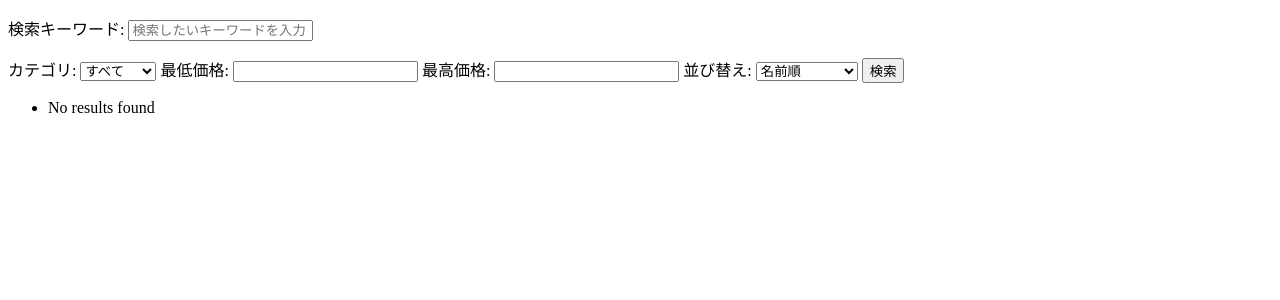
Repository: mamesuke7274/2024_kouki_kuwayamasyoutarou
Page: http://localhost/
The author's editor kept a copy of each file at every save. The page is drawn from the files as they stood at one save, then again after the next save.
The browser window is 1280 px wide. The pictures show the whole page.
The page is served by the project's application, run on Django 4.2 (manage.py). Queries for data that is not in the repository find no rows.

Above is the page before, as saved 2024-10-19 09:41:29.

After the next save:
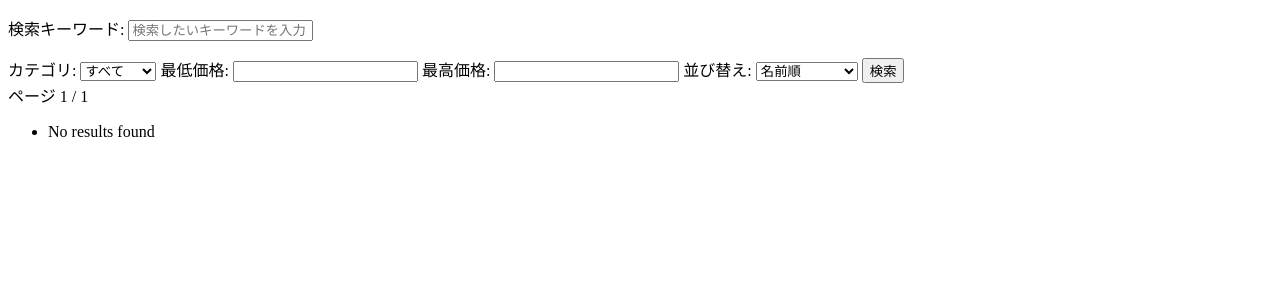
Saved 10 s later.
--- a/search_app/templates/search.html
+++ b/search_app/templates/search.html
@@ -30,6 +30,22 @@
         </select>
         <button type="submit">検索</button>
     </form>
+    <div class="pagination">
+        <span class="step-links">
+            {% if page_obj.has_previous %}
+            <a href="?page=1">最初</a>
+            <a href="?page={{ page_obj.previous_page_number }}">前へ</a>
+            {% endif %}
+
+            <span>ページ {{ page_obj.number }} /
+                {{ page_obj.paginator.num_pages }}</span>
+
+            {% if page_obj.has_next %}
+            <a href="?page={{ page_obj.next_page_number }}">次へ</a>
+            <a href="?page={{ page_obj.paginator.num_pages }}">最後</a>
+            {% endif %}
+        </span>
+    </div>
     <ul>
         {% for product in page_obj %}
         <li>{{ product.name }} - {{ product.price }}</li>
